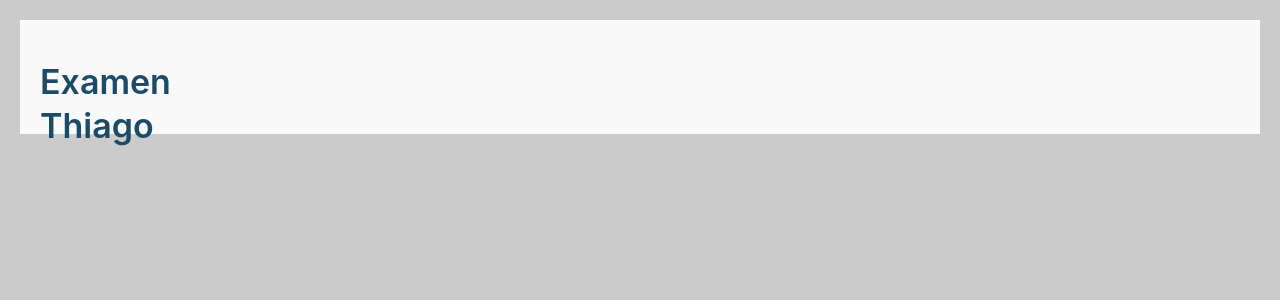
Repository: thiagobal1891-sudo/vue-ecommerce
Page: /#/thiago
An editor plug-in stored every save of this project. The page is shown before and after the next save, followed by the edit.
The browser window is 1280 px wide. The pictures show the whole page.
The page's requests for data from a server got no answer. The project was rebuilt for these pictures with package versions that can differ from the ones it lists, and the page was loaded fresh each time. No one was signed in, and anything a server would have sent is missing. Also part of the build but not shown: vue.config.js, src/components/ProductList.vue, src/components/CollectionsVue.vue, src/components/BrandsVue.vue, src/pages/HomePage.vue, src/pages/ErrorPage.vue, src/pages/CategoryPage.vue, src/pages/MyCartPage.vue and 7 more.

Above is the page before, as saved 2025-09-22 14:34:31.

### public/index.html
<!DOCTYPE html>
<html lang="en">
  <head>
    <meta charset="utf-8" />
    <title>Mi App Vue</title>
  </head>
  <body>
    <div id="app"></div>
    <!-- Vue montará la app aquí -->
  </body>
</html>

### src/App.vue
<template>
  <div class="app">

    <NavegadorVue v-if="$route.path !== '/thiago'" />

    <router-view />


    <FooterVue v-if="$route.path !== '/thiago'" />
  </div>
</template>


<script>

import FooterVue from './components/FooterVue.vue';
import NavegadorVue from './components/NavegadorVue.vue';



export default {
  name: 'App',
  components: {
    FooterVue,
    NavegadorVue
  }
}
</script>

<style>
*{
  margin: 0px;
  padding: 0px;
}
@font-face {
  font-family: Janna LT;
  src: url("./assets/janna-lt-regular.ttf");
  font-weight: bold;
}
@import url('https://fonts.googleapis.com/css2?family=Inter:ital,opsz,wght@0,14..32,100..900;1,14..32,100..900&display=swap');



.root{
  --color-primario: #E61620
}

#app {

  font-family: Avenir, Helvetica, Arial, sans-serif;
  -webkit-font-smoothing: antialiased;
  -moz-osx-font-smoothing: grayscale;
  text-align: center;
  color: #2c3e50;
}
h1{
  background-color: var(--color-primario);
  font-family: "Janna LT";
  font-weight: 700;
}

* {
      box-sizing: border-box;
    }

    body {
      margin: 0;
      font-family: 'Arial', sans-serif;
      padding: 20px;
      background-color: rgb(203, 203, 203);
    }
    .app{
      max-width: 1280px;
      width: 100%;
      margin: auto;
      background-color: white;
    }
</style>

### src/pages/MyordersPage.vue
<template>
  <div class="grid_contenido">
    <SidebarVue @changePage="page = $event" class="layout" />
    <div class="contenido_orden">
      <PersonalInfo v-if="page === 1" />
      <OrdenesID v-else-if="page === 2" />
      <CheckoutVue v-else-if="page === 3" />
    </div>
  </div>
</template>


<script>
import SidebarVue from "../components/SidebarVue.vue"
import PersonalInfo from "../components/PersonalInfo.vue"
import CheckoutVue from "../components/CheckoutVue.vue"
import OrdenesID from "@/components/OrdenesID.vue"

export default {
  components: { SidebarVue, PersonalInfo, CheckoutVue, OrdenesID },
  data() {
    return {
      page: 1
    }
  }
}
</script>

<style>

*{
  box-sizing: border-box;
  margin: 0;
  padding: 0;
}
.grid_contenido {
  display: grid;
  gap: 60px;
  grid-template-columns: 1fr;
  grid-template-areas:
    "layout"
    "contenido_orden";
}

.layout {
  grid-area: layout;
}

.contenido_orden {
  grid-area: contenido_orden;
}

@media (min-width: 600px) {
  .grid_contenido {
    grid-template-columns: 200px auto;
    grid-template-areas: "layout contenido_orden";
  }
}

@media (min-width: 900px) {
  .grid_contenido {
    grid-template-columns: 250px auto;
  }
}


</style>

### src/pages/ThiagoPage.vue
<template>
    <div>
    <ThiagoVue />
    </div>
</template>

<script>
import ThiagoVue from '@/components/ThiagoVue.vue';

export default {
    name: 'ThiagoPage',
    components: {
    ThiagoVue
    },
    data(){
    return{

    }
    }
    }
</script>

### src/components/FooterVue.vue

<template>
  <footer class="footer">

    <div class="footer-content desktop-footer">
      <div class="footer-columns">
        <div class="column">
          <h3>Shop by Category</h3>
          <ul>
            <li>Skincare</li>
            <li>Personal Care</li>
            <li>Handbags</li>
            <li>Apparels</li>
            <li>Watches</li>
            <li>Eye Wear</li>
            <li>Jewellery</li>
          </ul>
        </div>

        <div class="column">
          <h3>About</h3>
          <ul>
            <li>Contact Us</li>
            <li>About Us</li>
            <li>Careers</li>
            <li>Press</li>
          </ul>
        </div>

        <div class="column">
          <h3>Policy</h3>
          <ul>
            <li>Return Policy</li>
            <li>Terms of Use</li>
            <li>Sitemap</li>
            <li>Security</li>
            <li>Privacy</li>
            <li>EPR Compliance</li>
          </ul>
        </div>
      </div>

       <hr />

      <div class="footer-right">

        <div class="social-icons">
          <img src="../assets/redeslogo.png" alt="social-media">
          <i class="fab fa-facebook"></i>
          <i class="fab fa-instagram"></i>
          <i class="fab fa-twitter"></i>
          <i class="fab fa-youtube"></i>
        </div>

        <div class="location">
          <i class="fas fa-map-marker-alt"></i>
          <img src="../assets/location.png" alt="">
          United States
        </div>

        <div class="copyright">
          © 2021 | Cora Leviene All Rights Reserved
        </div>
      </div>
    </div>

  </footer>
</template>
<script>
export default {
  name: 'FooterVue',
  data() {
    return {

    };
  }
}
</script>




<style scoped>

.copyright {
  display: flex;
  text-align: left;
  color: #B6B6B6;
}

.footer-columns {
  display: flex;
  text-align: left;
}

.footer {
  background-color: #194b63;
  color: #c0d9dd;
  font-family: 'Inter', sans-serif;
  padding: 40px 24px;
  width: 100%;

}


.desktop-footer {
  display: flex;
  justify-content: space-between;
  flex-wrap: wrap;
}

.footer-columns {
  display: flex;
  gap: 48px;
}

.column h3 {
  color: #ffffff;
  margin-bottom: 10px;
  font-size: 17px;
}

.column ul {
  list-style: none;
  padding: 0;
  margin: 0;
}

.column li {
  margin-bottom: 8px;
  font-size: 15px;
}

.footer-right {
  display: flex;
  flex-direction: column;
  align-items: flex-end;
  gap: 12px;
  text-align: right;
}

.social-icons {
  display: flex;
  font-size: 20px;
}

.location {
  display: flex;
  align-items: center;
  gap: 6px;
  font-family: Inter;
  font-weight: 500;
  font-size: 14px;
  line-height: 18px;
  letter-spacing: 0%;
  color: #ffff;
}



.footer-section {
  margin-bottom: 24px;
}

.footer-section h3 {
  color: #ffffff;
  font-size: 16px;
  margin-bottom: 10px;
}

.footer-section ul {
  list-style: none;
  padding: 0;
  margin: 0;
}

.footer-section li {
  margin-bottom: 7px;
  font-size: 14px;
}

.inline-links {
  display: flex;
  flex-wrap: wrap;
  gap: 6px;
  font-size: 14px;
}
@media screen and (max-width: 768px) {
 hr {
  position: relative;
  right: 24px;
  width: 100vw;
  border: none;
  border-top: 1px solid #4d6e80;
  margin: 24px 0;
}
}
.footer-columns {
  flex-direction: column;
}
.footer-right{
  align-items: flex-start;
}
@media  screen and (min-width: 768px) {
  hr {
    display: none;
  }
}
@media (max-width: 400px) {
  .text {
    font-size: 14px;
  }
}
</style>

### src/components/NavegadorVue.vue
<template>
  <link rel="preconnect" href="https://fonts.googleapis.com">
  <link rel="preconnect" href="https://fonts.gstatic.com" crossorigin>
  <link href="https://fonts.googleapis.com/css2?family=Inter:ital,opsz,wght@0,14..32,100..900;1,14..32,100..900&display=swap" rel="stylesheet">

  <!-- BARRA DESKTOP -->
  <header class="NavegadorVue desktop-only">
    <div>
      <img id="logo" src="./../assets/logo.png" alt="Icon">
      <nav class="NavegadorVue__categories">
        <p>Handbags</p>
        <p>Watches</p>
        <p>Skincare</p>
        <p>Jewellery</p>
        <p>Apparels</p>
      </nav>
    </div>
    <div class="search-container">
      <input class="search" type="text" v-model="busqueda" placeholder="Buscar producto..." />
      <img class="search-icon" src="./../assets/search.png" alt="buscar">
      <div class="icons">
        <router-link to="/mycart">
          <img src="./../assets/icons.png" alt="icons">
          {{ count.quantity }}
        </router-link>

      </div>
    </div>
  </header>

  <header class="NavegadorVue-mobile-only">
    <nav class="nav-mobile">
  <div class="nav-left">
    <img src="./../assets/leading-icon.png" alt="menu">
    <p>Home</p>
  </div>
  <div class="nav-right">
    <img src="./../assets/trailing-icon.png" alt="icons-mobile">

  </div>
</nav>
  </header>

  <div class="text-header">
    <p>
      We are currently experiencing local customs clearance delays.
      For the latest updates, please check your order status
      <a href="./">here</a>
    </p>
  </div>
</template>

<script>

import { useCartStore } from '@/stores/cart';

export default {
  name: 'NavegadorVue',
  data() {
    return {
      busqueda: '',
      count: useCartStore()
    };
  }
};
</script>

<style>

@media screen and (max-width: 768px) {
  body {
    padding-top: 80px !important;
  }
}
.NavegadorVue {
  width: 100%;
  height: 80px;
  display: flex;
  align-items: center;
  justify-content: space-between;
  position: fixed;
  top: 0;
  left: 0;

  z-index: 1000;
  background: white;
}


.desktop-only {
  display: flex;
}
.nav-mobile p {
  width: 57px;
  height: 26px;
  opacity: 1;
  font-family: Inter;
  font-weight: 600;
  font-size: 20px;
  line-height: 26px;
  letter-spacing: 0%;
  vertical-align: middle;
  color: rgba(27, 75, 102, 1);
;

}
.nav-mobile {
  display: flex;
  justify-content: space-between;
  align-items: center;
  padding: 0 16px;
  height: 60px;
  width: 100%;
  position: fixed;
  top: 0;
  left: 0;
  background: white;
  z-index: 1000;
  margin-top: 20px;
}

.nav-left {
  display: flex;
  align-items: center;
  gap: 20px;
}

.nav-right {
  display: flex;
  align-items: center;
  margin-right: 20px;
}

.NavegadorVue-mobile-only {
  display: none !important;
}

@media screen and (max-width: 768px) {
  .desktop-only {
    display: none !important;
  }
}
@media screen and (max-width: 768px) {
  .text-header {
    display: none !important;
  }
}
  .mobile-only {
    display: flex !important;
    height: 60px;
    justify-content: space-between;
    align-items: center;
    padding: 0 16px;
    background-color: white;
    z-index: 1000;
  }
@media screen and (max-width: 768px) {
  .NavegadorVue-mobile-only {
    display: flex !important;
  }
}
.NavegadorVue div {
  display: flex;
  justify-content: space-around;
  align-items: center;
  gap: 30px;
}
.NavegadorVue {
  position: relative;
  width: 100%;
  height: 80px;
  display: flex;
  align-items: center;
  margin-inline: 10px;
  justify-content: space-between;

}
.NavegadorVue header{

  display: flex;
  position: fixed;
  top: 0;
  left: 0;
  width: 100%;
  z-index: 1000;

}
.search-container  {
  display: inline-flex;
  align-items: center;
  position: relative;
  margin-right: inherit;

}
.search-container input {
  width: 500px;
  height: 44px;


}

#logo {
width: 108px;
height: 22px;
top: 29px;
left: 20px;


}
.NavegadorVue__categories {
  display: flex;
  width: 391;
  height: 18;
  top: 31px;
  left: 160px;
  gap: 20px;
  font-weight: bold;

}

.search-container {
  position: relative;
  width: 500px;
  height: 44px;
}

.search {
  width: 100%;
  height: 100%;
  border-radius: 4px;
  background: #F1F1F1;
  border: none;
  padding-left: 40px; /* espacio para el ícono */
  font-size: 14px;
}

.search-icon {
  position: absolute;
  top: 10px;
  left: 10px;
  width: 24px;
  height: 24px;
  pointer-events: none;
}
#icons {
  width: 114px;
height: 24px;
top: 28px;
left: 1148px;
}
.text-header {

  position: relative;

  width: 100%;
  height: 50px;

  font-family: "Inter", sans-serif;
  font-style: normal;
  font-weight: 400;
  font-size: 14px;
  line-height: 18px;

  display: flex;
  align-items: center;
  text-align: center;
  justify-content: center;

  color: #171520;
  background-color: #F1F1F1;
}


.text-header a {
  color: darkblue;


}

</style>

### src/components/BannerFooter.vue
<template>
<div class="banner-grid">

    <div class="lifestyle-card">
      <h2>LIFESTYLE</h2>
      <h1>Makeup Accessories<br>from Top Brands</h1>
    </div>



      <div class="card skincare">
        <h3>Skincare<br>Essentials</h3>
        <div class="arrow">→</div>
      </div>

      <div class="card facepacks">
        <h4>Facepacks<br>& Peels</h4>
        <div class="arrow">→</div>
      </div>

  </div>

</template>

<script>

export default {
  name: 'BannerFooter',
  components: {

  },
  data() {
    return {
    }
  }
}

</script>

<style>
    * {
      box-sizing: border-box;
    }

    body {
      margin: auto;
      font-family: 'Arial', sans-serif;
      padding: 20px;
    }

    .banner-grid {
      display: grid;
          grid-template:
                  "lifeStyle lifeStyle" 400px

                  "skincare   facepacks"  228px

                  /1fr    1fr    ;
      gap: 20px;
      max-width: 1200px;
      margin: 10px 30px;
    }

    .card:hover,
    .lifestyle-card:hover {
  filter: brightness(0.8);
  transform: scale(1.05);
  transition: filter 0.3s ease;
  cursor: pointer;
}

    .lifestyle-card {
      background-image: url('https://images.unsplash.com/photo-1526045478516-99145907023c?auto=format&fit=crop&w=1200&q=80');
      background-size: cover;
      background-position: center;
      border-radius: 20px;
      padding: 60px 40px;
      display: flex;
      flex-direction: column;
      justify-content: center;
      grid-area: lifeStyle;
    }

    .lifestyle-card h2 {
  width: 154px;
  height: 20px;
  left: 59px;
  top: 1999px;
  font-family: 'Inter', sans-serif;
  font-style: normal;
  font-weight: 400;
  font-size: 30px;
  line-height: 20px;
  display: flex;
  align-items: center;
  color: #97451F;


    }

    .lifestyle-card h1 {
  width: 618px;
  height: 136px;
  left: 59px;
  top: 2038px;
  font-family: 'Inter', sans-serif;
  font-style: normal;
  font-weight: 700;
  font-size: 52px;
  line-height: 68px;
  display: flex;
  align-items: center;
  color: #97451F;


    }


    .card {
      border-radius: 20px;
      padding: 30px;
      color: #fff;
      background-size: cover;
      background-position: center;
      position: relative;
      min-height: 200px;
      display: flex;
      align-items: center;
      justify-content: flex-start;
    }



    .card h3 {
  width: 309px;
  height: 104px;
  font-family: 'Inter', sans-serif;
  font-weight: 700;
  font-size: 40px;
  text-align: right;
  color: #A53F64;
        position: absolute;
      right: 30px;
    }

.card h4 {
  width: 232px;
  height: 104px;
  font-family: 'Inter',sans-serif;
  font-weight: 700;
  font-size: 40px;
  text-align: right;
  color: #1B4B66;
        position: absolute;
      right: 30px;
}

    .card .arrow {
      position: absolute;
      bottom: 20px;
      right: 20px;
      background: rgba(255, 255, 255, 0.9);
      border-radius: 50%;
      padding: 10px;
      font-size: 20px;
      color: #000;
      z-index: 2;
    }

    .card .arrow:hover {
    transform: scale(1.2);
    transition: 0.5s;
}

    .skincare {
      background-image: url('https://media-cldnry.s-nbcnews.com/image/upload/t_fit-1000w,f_avif,q_auto:eco,dpr_2/rockcms/2024-01/240117-staff-skin-care-routines-social-2c85d8.jpg');
      grid-area: skincare;
    }

    .facepacks {
      background-image: url('https://shipcartecommerce.com/cdn/shop/collections/877f03da31ad8bb130dde99698f7d3ec.jpg?v=1748635689');
      grid-area: facepacks;
    }

    @media (max-width: 768px) {
      .lifestyle-card h1 {
        font-size: 28px;
      }

      .card h3 {
        font-size: 20px;
      }

      .card h4 {
        font-size: 20px;
      }
    }
</style>

### src/components/PageCarrito.vue
<template>
  <div class="page">
      <div class="head_cart">
    <a href="#">Home</a>
    <span>›</span>
    <span>my cart</span>

  </div>
  <h2 class="titulo_cart">My cart</h2>
    <div class="carrito">
      <div class="items">
        <div class="item" v-for="producto in productos.cart" :key="producto.id">
          <img :src="producto.image" alt="" />
          <div class="info">
            <b>{{ producto.category }}</b>
            {{ producto.title }}<br />
            <input
              type="number"
              min="1"
              v-model.number="producto.quantity"
              @change="productos.modificarCantidad(producto.id, producto.quantity)"
            />
            {{ producto.quantity }}<br />
            <a href="#" class="move">Move to Wishlist</a>
            <button class="remove" @click="productos.quitar(producto.id)">Remove</button>
          </div>

          <div class="rightCols">
            <div class="pricecarrito">${{ producto.price.toFixed(2) }}</div>
            <div class="cantidad">{{ producto.quantity }}</div>
            <div class="subtotal">${{ (producto.price * producto.quantity).toFixed(2) }}</div>
          </div>
        </div>
      </div>

      <div class="total">
        <h3>Order Summary</h3>
        <div class="line"><span>Sub Total</span><span>$119.69</span></div>
        <div class="line"><span>Discount</span><span>-$13.40</span></div>
        <div class="line"><span>Delivery Fee</span><span>$0.00</span></div>
        <div class="line grand"><span>Grand Total</span><span>$106.29</span></div>

        <div class="buttons">
          <button class="place">Place Order</button>
          <button class="continue">Continue Shopping</button>
        </div>
      </div>

      <div class="cupones">
        <label class="cupon-texto">Apply Coupon Code</label>
        <div class="cupon-box">
          <input type="text" placeholder="Apply Coupon Code" />
          <button>CHECK</button>
        </div>
      </div>
    </div>
  </div>
</template>

<script>
import { useCartStore } from '@/stores/cart'

export default {
  name: 'PageCarrito',
  data() {
    return {
      productos: useCartStore()
    }
  }
}
</script>

<style>
* { box-sizing: border-box;
  margin: 0;
  padding: 20; }

.page {
  padding: 20px;
}
.carrito {
  display: grid;
  gap: 24px;
  grid-template-columns: 1fr;
  grid-template-areas:
    "items"
    "total"
    "cupones";
  max-width: 1120px;
  margin: 24px auto;
  width: 100%;
  align-items: start;
}




.items { grid-area: items; }
.total { grid-area: total; align-self: start; }
.cupones { grid-area: cupones; align-self: start; }

.head_cart a {
  font-family: 'Inter', sans-serif;
  font-weight: 500;
  font-size: 16px;
  color: #1B4B66;
  border-color: white;
}

.head_cart span {
  margin: 0 5px;
  font-family: 'Inter', sans-serif;
  font-weight: 500;
  font-size: 16px;
  color: #626262;
}

.head_cart {
  text-align: left;
  bottom: 80px;
}





.item {
  display: flex;
  gap: 16px;
  border-bottom: 1px solid #e0e0e0;
  padding: 12px 0;
  align-items: center;
}

.item img {
  width: 80px;
  height: 80px;
  object-fit: cover;
  border-radius: 6px;
}


.info {
  flex: 1;
  color: #626262;
}
.info b { display: block; margin-bottom: 6px; color: #171520; }
.info .move { margin-right: 10px; font-size: 14px; color: #1B4B66; text-decoration: none; }
.info .remove { background: none; border: none; color: #B00020; cursor: pointer; }


.rightCols {
  display: flex;
  gap: 20px;
  align-items: center;
  justify-content: flex-end;
  min-width: 220px;
  flex-shrink: 0;
}

.pricecarrito, .cantidad, .subtotal {
  width: 80px;
  text-align: right;
  color: #171520;
}


.titulo_cart {
  text-align: left;
  width: 132px;
  font-family: 'Inter';
  font-style: normal;
  font-weight: 600;
  font-size: 34px;
  color: #1B4B66;
  margin: 20px auto 10px 0;
}

.total h3 {
  margin: 0 0 10px 0;
  padding-bottom: 8px;
  border-bottom: 1px solid #ccc;
  color: #171520;
}
.total .line {
  display: flex;
  justify-content: space-between;
  margin: 8px 0;
  color: #171520;
}
.total .grand { font-weight: 700; }

.buttons {
  margin-top: 18px;
  display: flex;
  gap: 14px;
}
.buttons button { padding: 10px 14px; border-radius: 6px; cursor: pointer; }
.place { background: #1B4B66; color: white; border: none; }
.continue { background: white; color: #1B4B66; border: 2px solid #1B4B66; }


.cupones { padding: 12px;
  width: 580px;;
}
.cupon-texto {
  margin-bottom: 8px;
  font-weight: 500;
  color: #171520;
  border-bottom: 1px solid #ccc;
  }
.cupon-box {
  display: flex;
  align-items: center;
  background: #f2f2f2;
  border-radius: 5px;
  max-width: 400px;
  overflow: hidden;
}
.cupon-box input { border: none; background: transparent; padding: 12px; flex: 1; outline: none; }
.cupon-box button { background: transparent; border: none; font-weight: 700; padding: 12px 16px; cursor: pointer; }

@media (min-width: 1100px) {
  .carrito {
    grid-template-columns: 1fr 360px;
    grid-template-areas:
      "items total"
      "cupones cupones";
  }
}

@media (max-width: 950px) {
  .carrito,
  .items,
  .total,
  .cupones {
    max-width: 212px;
    width: 100%;
    margin: 0 auto;
  }

    .item {
    max-width: 212px;
    width: 100%;
    margin: 0 auto;
    flex-wrap: wrap;
  }
}
</style>

### src/components/ThiagoVue.vue
<template>
  <div class="contenedor">
    <h2>Examen Thiago</h2>
    <ul class="todo-list">
  <li
  v-for="todo in todos"
  :key="todo.id"
  :class="{ completed: todo.completed }">
  <span><strong>{{ todo.id }}</strong> - {{ todo.title }}</span>
  <span class="status">
    {{ todo.completed ? "✔ Completada" : "⏳ Pendiente" }}
  </span>
  </li>
    </ul>
  </div>
</template>

<script>
export default {
  name: "ExamenThiago",
  data() {
    return {
      todos: []
    }
  },
  mounted() {
    fetch("https://jsonplaceholder.typicode.com/todos")
      .then(res => res.json())
      .then(data => {
        this.todos = data
      })
  }
}
</script>

<style>
.contenedor {
  padding: 20px;
  background: #f9f9f9;
  border-radius: 6px;
  font-family: Arial, sans-serif;
}

.contenedor h2 {
  text-align: left;
  width: 132px;
  font-family: 'Inter';
  font-style: normal;
  font-weight: 600;
  font-size: 34px;
  color: #1B4B66;
  margin: 20px auto 10px 0;;
}

.todo-list {
  list-style: none;
  padding: 0;
}

.todo-list li {
  display: flex;
  justify-content: space-between;
  align-items: center;
  padding: 10px;
  margin-bottom: 6px;
  border-radius: 5px;
  background: #ffe0e0;
}

.todo-list li.completed {
  background: #d4ffd4;
}

.status {
  font-size: 12px;
  padding: 3px 8px;
  border-radius: 4px;
  background: #555;
  color: #fff;
}
</style>

Loaded but not shown: src/stores/cart.js (85 lines, source omitted); src/main.js (47 lines, source omitted); src/components/ProductPageVue.vue (601 lines, source omitted)

After the next save:
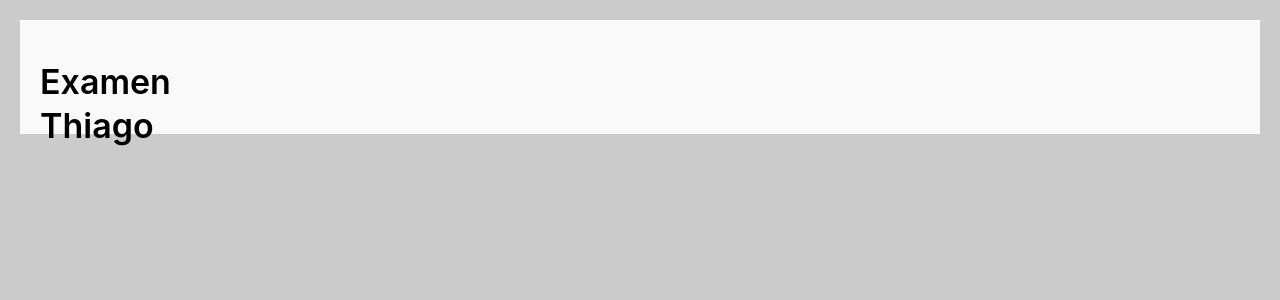
Saved 50 s later.
--- a/src/components/ThiagoVue.vue
+++ b/src/components/ThiagoVue.vue
@@ -43,12 +43,8 @@ export default {
 
 .contenedor h2 {
   text-align: left;
-  width: 132px;
-  font-family: 'Inter';
-  font-style: normal;
-  font-weight: 600;
   font-size: 34px;
-  color: #1B4B66;
+  color: black;
   margin: 20px auto 10px 0;;
 }
 
